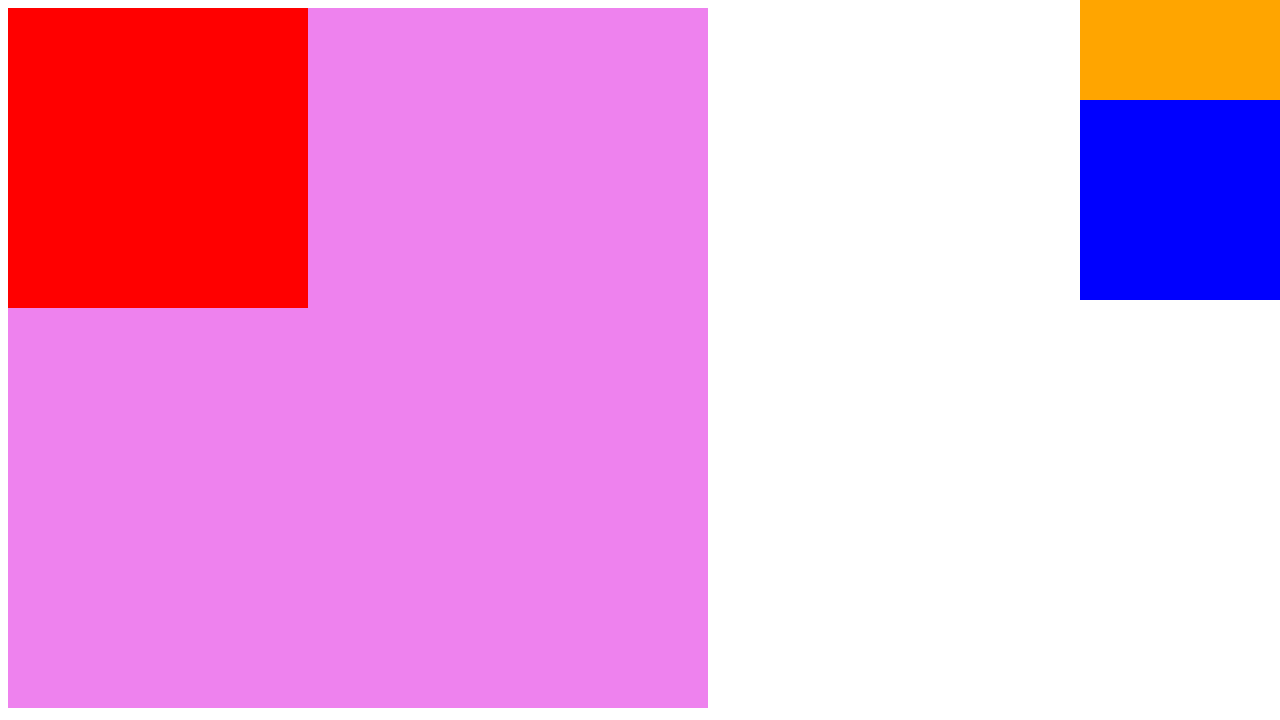
Repository: AytacSafarova/Task-12
Page: index.html
An editor plug-in stored every save of this project. The page is shown before and after a run of saves, followed by the edit.
The browser window is 1280 px wide. The pictures show the whole page.

Above is the page before, as saved 2023-07-25 14:41:57.

After the next 2 saves:
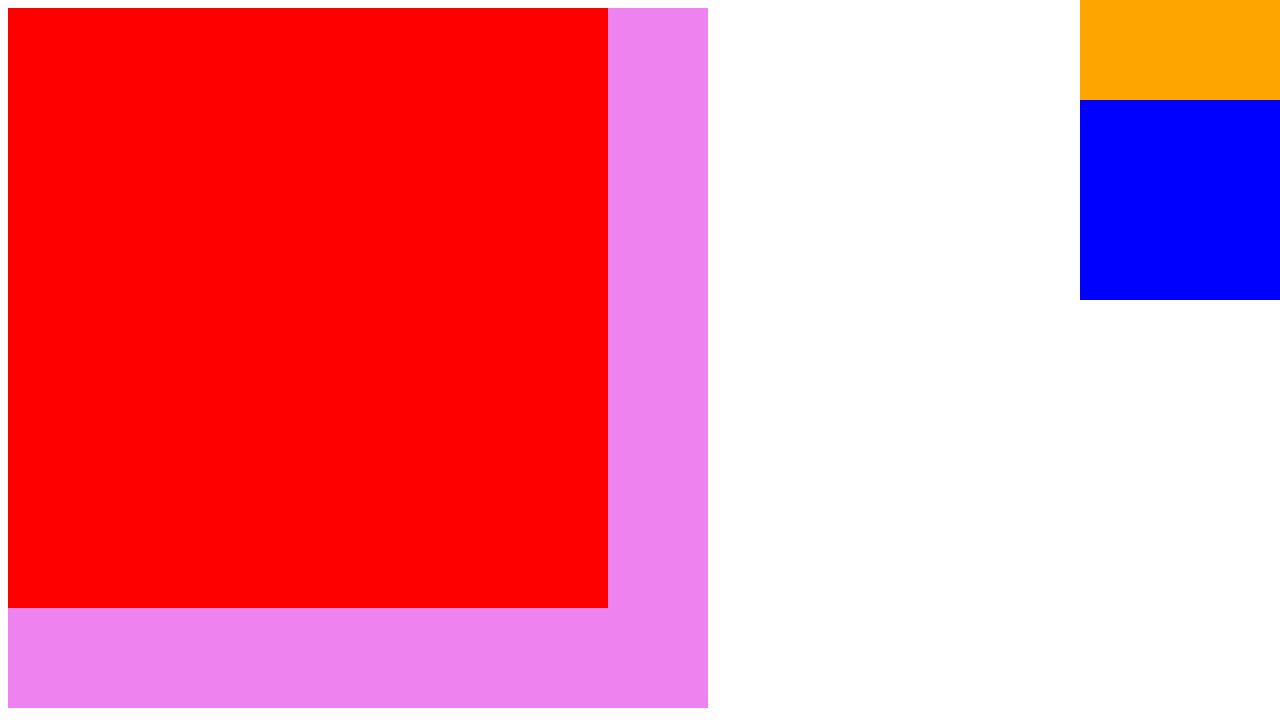
The 2 saves are shown as one change because they came seconds apart.
The last was saved 14 s later.
--- a/index.css
+++ b/index.css
@@ -24,8 +24,8 @@
     z-index: 1;
 }
 .box{
-    width: 300px;
-    height: 300px;
+    width: 600px;
+    height: 600px;
     background-color: red;
     /* position: relative; */
 }
